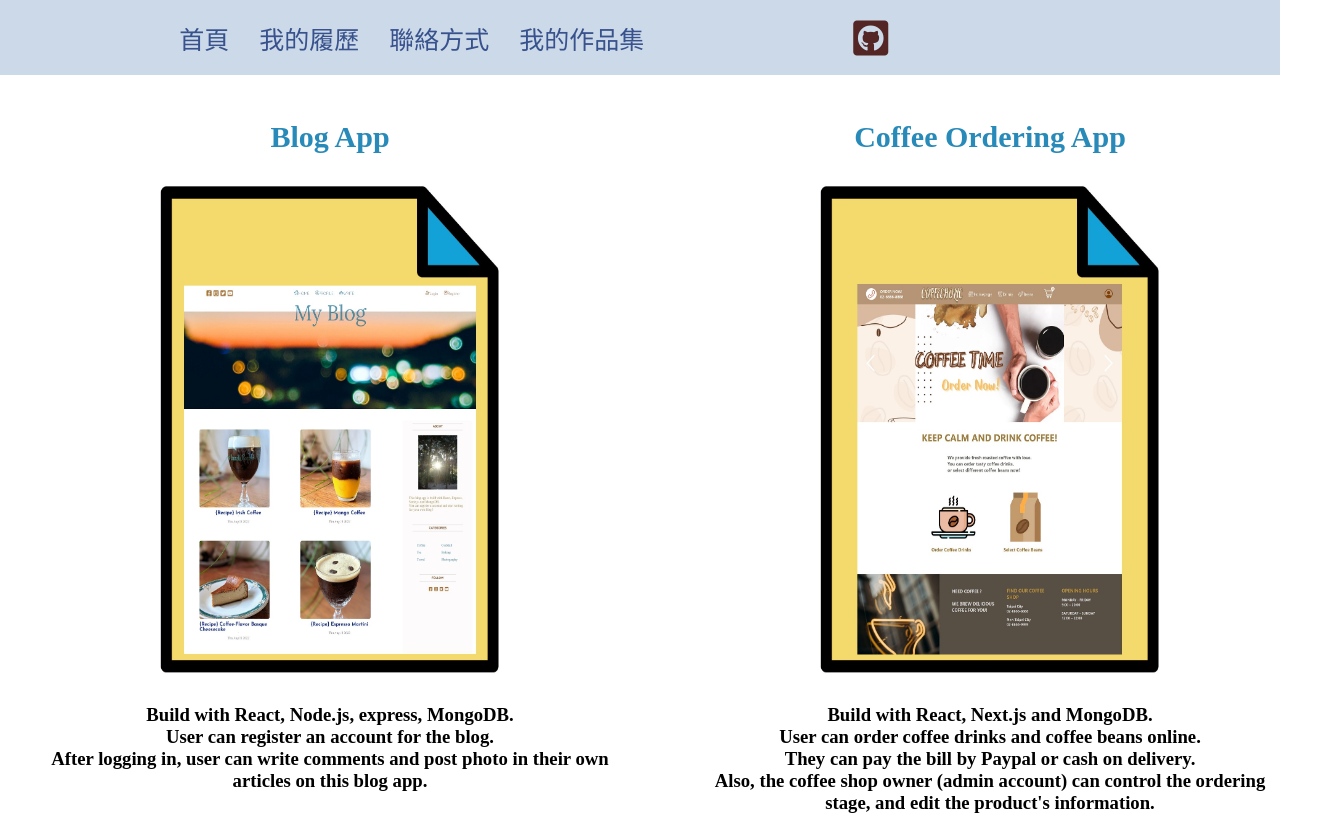
Repository: lcjyc/portfolio-website
Page: /portfolio
The author's editor kept a copy of each file at every save. The page is drawn from the files as they stood at one save, then again after the next save.
The browser window is 1280 px wide. The page is 1320 px wide, then 1280 px, so the pictures cover 1320 px, including what lies to the right of the window. The pictures show the whole page.
The project was rebuilt for these pictures with package versions that can differ from the ones it lists, and the page was loaded fresh each time. Also part of the build but not shown: src/pages/home/home.css, src/pages/home/Home.jsx, src/pages/resume/resume.css, src/pages/resume/Resume.jsx, src/pages/contact/contact.css, src/pages/contact/Contact.jsx.

Above is the page before, as saved 2022-08-21 12:52:44.

### public/index.html
<!DOCTYPE html>
<html lang="zh-tw">
  <head>
    <meta charset="utf-8" />
    <meta name="viewport" content="width=device-width, initial-scale=1" />
    <meta name="theme-color" content="#000000" />
    <meta
      name="description"
      content="Web site created using create-react-app"
    />
    <link
      href="https://fonts.googleapis.com/css2?family=Josefin+Sans:wght@100;200;300;400;500;600;700&family=Lora:ital@0;1&family=Varela&family=Varela+Round&display=swap"
      rel="stylesheet"
    />
    <link
      rel="stylesheet"
      href="https://cdnjs.cloudflare.com/ajax/libs/font-awesome/5.15.3/css/all.min.css"
      integrity="sha512-iBBXm8fW90+nuLcSKlbmrPcLa0OT92xO1BIsZ+ywDWZCvqsWgccV3gFoRBv0z+8dLJgyAHIhR35VZc2oM/gI1w=="
      crossorigin="anonymous"
    />
    <style>
      * {
        margin: 0;
      }
    </style>
    <style>
      .link {
        text-decoration: none;
        color: inherit;
      }
    </style>
    <title>Lesley Chen|Portfolio</title>
  </head>

  <body>
    <noscript>You need to enable JavaScript to run this app.</noscript>
    <div id="root"></div>
  </body>
</html>

### src/App.js
import TopBar from "./components/topbar/TopBar";
import Home from "./pages/home/Home";
import Resume from "./pages/resume/Resume";
import Contact from "./pages/contact/Contact";
import Portfolio from "./pages/portfolio/Portfolio";

import { BrowserRouter as Router, Routes, Route } from "react-router-dom";

function App() {
  return (
    <Router>
      <TopBar />
      <Routes>
        <Route path="/" element={<Home />} />
        <Route path="/resume" element={<Resume />} />
        <Route path="/contact" element={<Contact />} />
        <Route path="/portfolio" element={<Portfolio />} />
      </Routes>
    </Router>
  );
}

export default App;

### src/components/topbar/TopBar.jsx
import { Link } from "react-router-dom";
import "./topbar.css";

export default function TopBar() {
  return (
    <div className="top">
      <div className="topLeft">
        <ul className="topList">
          <li className="topListItem">
            <Link className="link" to="/">
              首頁
            </Link>
          </li>
          <li className="topListItem">
            <Link className="link" to="/resume">
              我的履歷
            </Link>
          </li>
          <li className="topListItem">
            <Link className="link" to="/contact">
              聯絡方式
            </Link>
          </li>
          <li className="topListItem">
            <Link className="link" to="/portfolio">
              我的作品集
            </Link>
          </li>
        </ul>
      </div>
      <div className="topRight">
        <a href="https://github.com/lcjyc/">
          <i className="topIcon fab fa-github-square"></i>
        </a>
      </div>
    </div>
  );
}

### src/pages/portfolio/Portfolio.jsx
import "./portfolio.css";
import blog from "../../images/blog.jpg";
import coffeeorder from "../../images/coffeeorder.jpg";

const portfolio = () => {
  return (
    <div className="portfolio">
      <div className="left">
        <a
          href="https://lesleyblog.herokuapp.com/"
          target="_blank"
          rel="noopener noreferrer"
          className="link"
        >
          <h1 className="app">Blog App</h1>
        </a>
        <img src={blog} alt="" className="img" />
        <div className="desc">
          <h3>
            Build with React, Node.js, express, MongoDB.
            <br />
            User can register an account for the blog.
            <br />
            After logging in, user can write comments and post photo in their
            own articles on this blog app.
            <br />
          </h3>
        </div>
      </div>
      <div className="right">
        <a
          href="https://coffee-ordering.vercel.app/"
          target="_blank"
          rel="noopener noreferrer"
          className="link"
        >
          <h1 className="app">Coffee Ordering App</h1>
        </a>
        <img src={coffeeorder} alt="" className="img" />
        <div className="desc">
          <h3>
            Build with React, Next.js and MongoDB.
            <br />
            User can order coffee drinks and coffee beans online.
            <br />
            They can pay the bill by Paypal or cash on delivery.
            <br />
            Also, the coffee shop owner (admin account) can control the ordering
            stage, and edit the product's information.
          </h3>
        </div>
      </div>
    </div>
  );
};

export default portfolio;

### src/components/topbar/topbar.css
.top {
  width: 100%;
  height: 6vh;
  background-color: rgb(154, 179, 210, 0.5);
  position: sticky;
  top: 0;
  padding: 1rem 0rem;
  display: flex;
  align-items: center;
  z-index: 999;
}

.topLeft {
  flex: 6;
  display: flex;
  align-items: center;
  justify-content: center;
}

.topRight {
  flex: 3;
  display: flex;
}

.topIcon {
  font-size: 40px;
  margin-right: 10px;
  color: rgb(83, 37, 37);
  cursor: pointer;
}

.topImg {
  width: 40px;
  height: 40px;
  border-radius: 50%;
  object-fit: cover;
  cursor: pointer;
}

.topList {
  display: flex;
  justify-content: center;
  margin: 0;
  padding: 0;
  list-style: none;
}

.topListItem {
  margin-right: 30px;
  font-size: 25px;
  color: rgb(55, 82, 141);
  cursor: pointer;
}

.topListItem :hover {
  color: white;
}

### src/pages/portfolio/portfolio.css
.portfolio {
  display: flex;
  height: 87vh;
  width: 100%;
  padding-top: 2vh;
}

.left,
.right {
  flex: 1;
  padding: 30px;
  display: block;
  text-align: center;
  width: 600px;
}

.link {
  text-decoration: none;
  cursor: pointer;
}

.app {
  color: rgb(39, 138, 184);
  font-size: 30px;
}

.img {
  height: 550px;
  width: 350px;
  display: block;
  margin: auto;
}

.desc {
  width: 600px;
}

Loaded but not shown: src/index.js (common file)

After the next save:
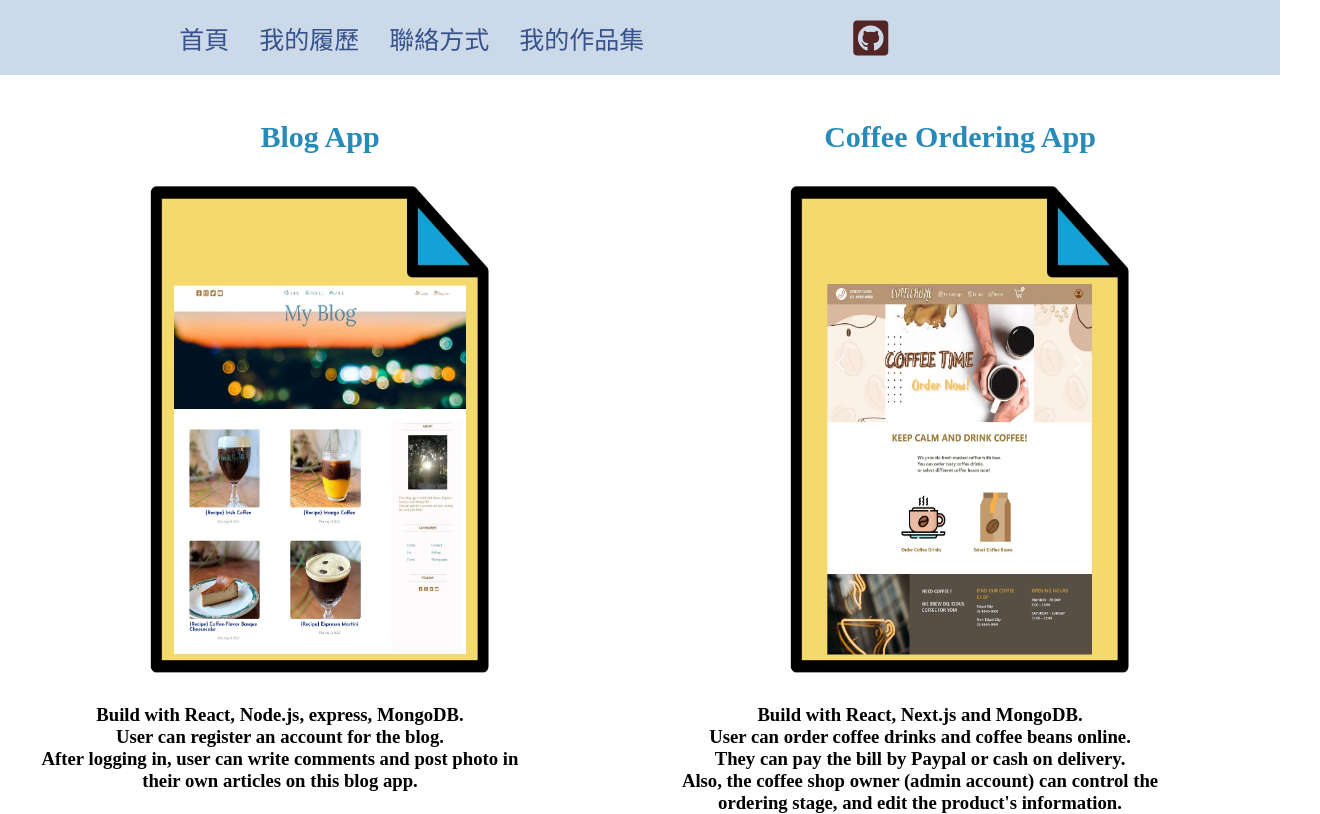
Saved 22 s later.
--- a/src/pages/portfolio/portfolio.css
+++ b/src/pages/portfolio/portfolio.css
@@ -32,5 +32,5 @@
 }
 
 .desc {
-  width: 600px;
+  width: 500px;
 }
